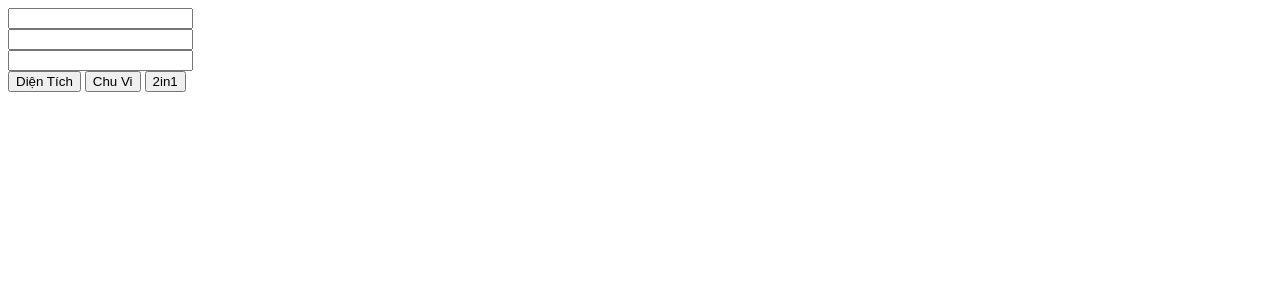
Repository: saiyagodvp/_java4
Page: http://localhost/Lab2/bai1
An editor plug-in stored every save of this project. The page is shown before and after the next save, followed by the edit.
The browser window is 1280 px wide. The pictures show the whole page.
The page is served by Tomcat 9.

Above is the page before, as saved 2023-03-22 06:56:28.

### Lab2/src/main/webapp/views/tamGiac.jsp
<%@ page language="java" contentType="text/html; charset=UTF-8"
	pageEncoding="UTF-8"%>
<!DOCTYPE html>
<html>
<head>
<meta charset="UTF-8">
<title>Insert title here</title>
</head>
<body>
	<form action="/Lab2_Remake/tam-giac" method="post">
		<input name="a" value = "${a}"/> <br>
		 <input name="b" value = "${b}"/> <br>
		  <input name="c" value = "${c}"/> <br>
			<button formaction="/Lab2_Remake/dien-tich">Diện Tích</button>
			<button formaction="/Lab2_Remake/chu-vi">Chu Vi</button>
			<button formaction="/Lab2_Remake/2in1">2in1</button>
		<h2>${message}</h2>

	</form>
</body>
</html>

### Lab2/src/main/java/controller/ServletBai1.java
package controller;

import java.io.IOException;
import javax.servlet.ServletException;
import javax.servlet.annotation.WebServlet;
import javax.servlet.http.HttpServlet;
import javax.servlet.http.HttpServletRequest;
import javax.servlet.http.HttpServletResponse;

/**
 * Servlet implementation class Bai1
 */
@WebServlet({"/bai1", "/dien-tich", "/chu-vi", "/2in1" })
public class ServletBai1 extends HttpServlet {
	private static final long serialVersionUID = 1L;

    /**
     * @see HttpServlet#HttpServlet()
     */
    public ServletBai1() {
        super();
        // TODO Auto-generated constructor stub
    }

	/**
	 * @see HttpServlet#doGet(HttpServletRequest request, HttpServletResponse response)
	 */
	protected void doGet(HttpServletRequest request, HttpServletResponse response) throws ServletException, IOException {
		request.getRequestDispatcher("/views/tamGiac.jsp").forward(request, response);
	}

	/**
	 * @see HttpServlet#doPost(HttpServletRequest request, HttpServletResponse response)
	 */
	protected void doPost(HttpServletRequest request, HttpServletResponse response) throws ServletException, IOException {
		// TODO Auto-generated method stub
		doGet(request, response);
	}

}

After the next save:
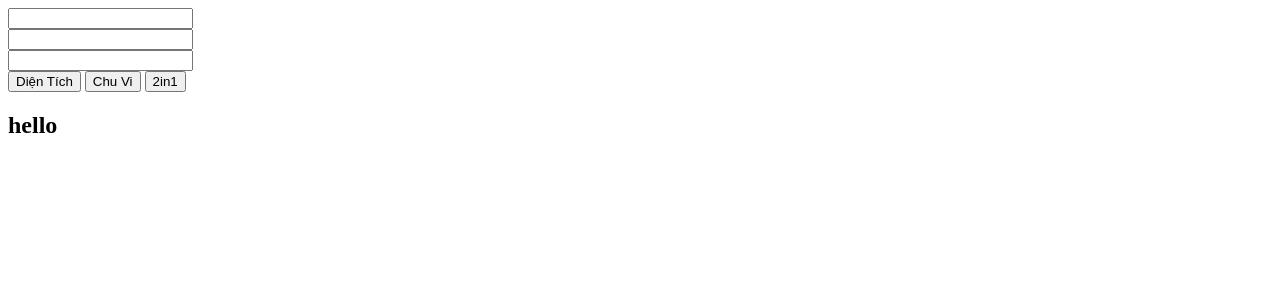
Saved 40 s later.
--- a/Lab2/src/main/java/controller/ServletBai1.java
+++ b/Lab2/src/main/java/controller/ServletBai1.java
@@ -7,34 +7,60 @@
 import javax.servlet.http.HttpServletRequest;
 import javax.servlet.http.HttpServletResponse;
 
-/**
- * Servlet implementation class Bai1
- */
-@WebServlet({"/bai1", "/dien-tich", "/chu-vi", "/2in1" })
+@WebServlet({ "/bai1", "/dien-tich", "/chu-vi", "/2in1" })
 public class ServletBai1 extends HttpServlet {
 	private static final long serialVersionUID = 1L;
 
-    /**
-     * @see HttpServlet#HttpServlet()
-     */
-    public ServletBai1() {
-        super();
-        // TODO Auto-generated constructor stub
-    }
+	public ServletBai1() {
+		super();
+		// TODO Auto-generated constructor stub
+	}
 
-	/**
-	 * @see HttpServlet#doGet(HttpServletRequest request, HttpServletResponse response)
-	 */
-	protected void doGet(HttpServletRequest request, HttpServletResponse response) throws ServletException, IOException {
+	protected void doGet(HttpServletRequest request, HttpServletResponse response)
+			throws ServletException, IOException {
+		request.setAttribute("message", "hello");
 		request.getRequestDispatcher("/views/tamGiac.jsp").forward(request, response);
 	}
 
-	/**
-	 * @see HttpServlet#doPost(HttpServletRequest request, HttpServletResponse response)
-	 */
-	protected void doPost(HttpServletRequest request, HttpServletResponse response) throws ServletException, IOException {
-		// TODO Auto-generated method stub
-		doGet(request, response);
+	protected void doPost(HttpServletRequest request, HttpServletResponse response)
+			throws ServletException, IOException {
+		double a = Double.parseDouble(request.getParameter("a"));
+		double b = Double.parseDouble(request.getParameter("b"));
+		double c = Double.parseDouble(request.getParameter("c"));
+
+		if ((a + b > c) && (a + c > b) && (b + c > a)) {
+
+			double chuVi = (a + b + c);
+			String uri = request.getRequestURI();
+
+			if (uri.contains("dien-tich")) {
+
+				double dienTich = Math.sqrt(chuVi * (a + b - c) * (a + c - b) * (b + c - a)) / 4;
+				request.setAttribute("message", "Diện tích của tam giác là: " + dienTich);
+				request.setAttribute("a", a);
+				request.setAttribute("b", b);
+				request.setAttribute("c", c);
+
+			} else if (uri.contains("chu-vi")) {
+				request.setAttribute("message", "Chu vi của tam giác là: " + chuVi);
+				request.setAttribute("a", a);
+				request.setAttribute("b", b);
+				request.setAttribute("c", c);
+
+			} else {
+				double dienTich = Math.sqrt(chuVi * (a + b - c) * (a + c - b) * (b + c - a)) / 4;
+				request.setAttribute("message",
+						"Diện tích của tam giác là: " + dienTich + "<br>Chu vi của tam giác là: " + chuVi);
+				request.setAttribute("a", a);
+				request.setAttribute("b", b);
+				request.setAttribute("c", c);
+			}
+		} else {
+
+			request.setAttribute("message", "Không thỏa mãn các cạnh của một tam giác!");
+
+		}
+		request.getRequestDispatcher("/views/tamGiac.jsp").forward(request, response);
 	}
 
 }
